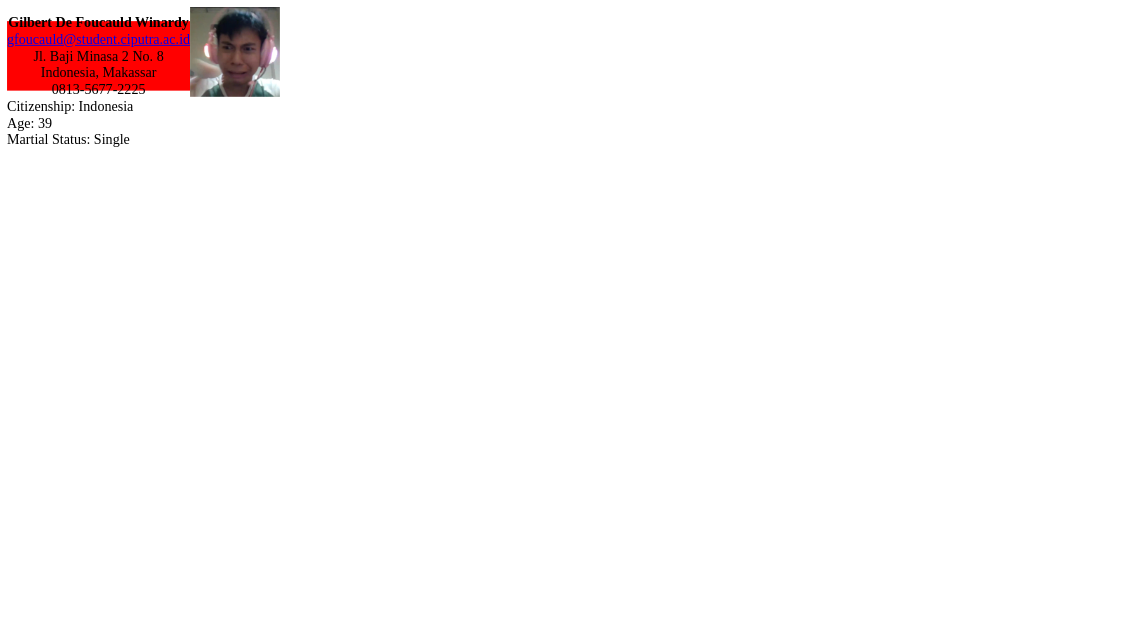
Repository: Gibekkk/WebPro
Page: Tugas Lab 1/index.html
These files come from the project's save history. The page is drawn as it stood at one moment and after the next save; the edit follows.
The browser window is 1280 px wide. The pictures show the whole page, at 88% of full size.

Above is the page before, as saved 2024-03-25 13:04:01.

### Tugas Lab 1/index.html
<!DOCTYPE html>
<html lang="en">
<head>
    <meta charset="UTF-8">
    <meta name="viewport" content="width=device-width, initial-scale=1.0">
    <title>Portfolio</title>
    <link rel="stylesheet" href="style.css">
</head>
<body>
    <header>
        <div class="text">
            <div class="title">
                <b><p class="name">Gilbert De Foucauld Winardy</p></b>
                <a href="gfoucauld@student.ciputra.ac.id">gfoucauld@student.ciputra.ac.id</a>
                <p>Jl. Baji Minasa 2 No. 8</p>
                <p>Indonesia, Makassar</p>
                <p>0813-5677-2225</p>
            </div>
            <div class="description">
                <p>Citizenship: Indonesia</p>
                <p>Age: 39</p>
                <p>Martial Status: Single</p>
            </div>
        </div>
        <div class="picture">
            <img class="profile-pic" src="javin.jpg">
        </div>
    </header>
</body>
</html>

### Tugas Lab 1/style.css
.title{
    background-color: red;
    text-align: center;
}
img{
    width: 20%;
    marright: 0;
}
.text{
    line-height: 3px;
}
header{
    display: flex;
    width: 100%;
}

After the next save:
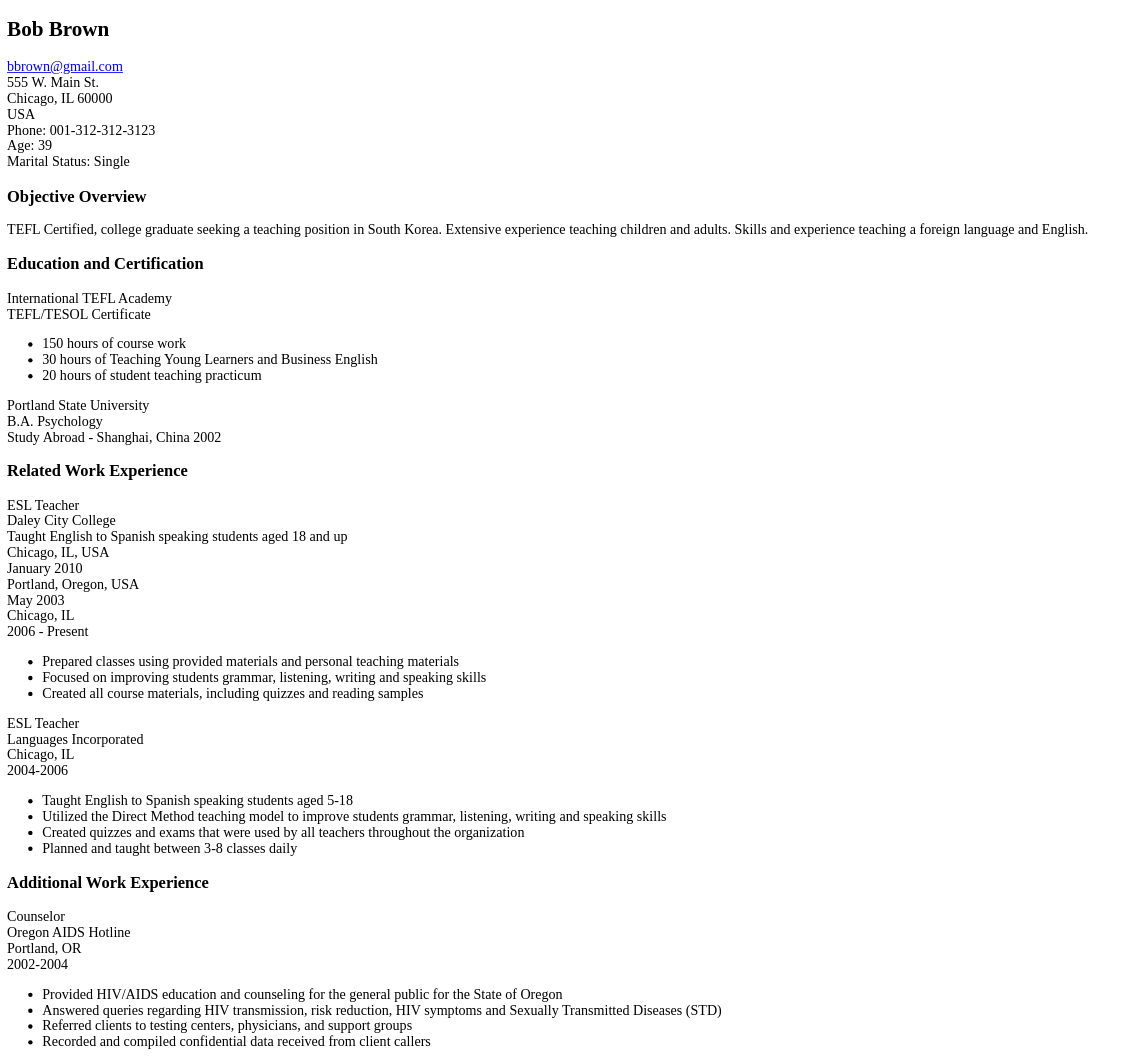
Saved 12 s later.
--- a/Tugas Lab 1/index.html
+++ b/Tugas Lab 1/index.html
@@ -1,30 +1,82 @@
 <!DOCTYPE html>
-<html lang="en">
-<head>
-    <meta charset="UTF-8">
-    <meta name="viewport" content="width=device-width, initial-scale=1.0">
-    <title>Portfolio</title>
-    <link rel="stylesheet" href="style.css">
-</head>
+<html>
 <body>
-    <header>
-        <div class="text">
-            <div class="title">
-                <b><p class="name">Gilbert De Foucauld Winardy</p></b>
-                <a href="gfoucauld@student.ciputra.ac.id">gfoucauld@student.ciputra.ac.id</a>
-                <p>Jl. Baji Minasa 2 No. 8</p>
-                <p>Indonesia, Makassar</p>
-                <p>0813-5677-2225</p>
-            </div>
-            <div class="description">
-                <p>Citizenship: Indonesia</p>
-                <p>Age: 39</p>
-                <p>Martial Status: Single</p>
-            </div>
-        </div>
-        <div class="picture">
-            <img class="profile-pic" src="javin.jpg">
-        </div>
-    </header>
+
+<h2>Bob Brown</h2>
+<p>
+  <a href="mailto:bbrown@gmail.com">bbrown@gmail.com</a><br>
+  555 W. Main St.<br>
+  Chicago, IL 60000<br>
+  USA<br>
+  Phone: 001-312-312-3123<br>
+  Age: 39<br>
+  Marital Status: Single
+</p>
+
+<h3>Objective Overview</h3>
+<p>
+  TEFL Certified, college graduate seeking a teaching position in South Korea. Extensive experience teaching children and adults. Skills and experience teaching a foreign language and English.
+</p>
+
+<h3>Education and Certification</h3>
+<p>
+  International TEFL Academy<br>
+  TEFL/TESOL Certificate<br>
+  <ul>
+    <li>150 hours of course work</li>
+    <li>30 hours of Teaching Young Learners and Business English</li>
+    <li>20 hours of student teaching practicum</li>
+  </ul>
+</p>
+<p>
+  Portland State University<br>
+  B.A. Psychology<br>
+  Study Abroad - Shanghai, China 2002
+</p>
+
+<h3>Related Work Experience</h3>
+<p>
+  ESL Teacher<br>
+  Daley City College<br>
+  Taught English to Spanish speaking students aged 18 and up<br>
+  Chicago, IL, USA<br>
+  January 2010<br>
+  Portland, Oregon, USA<br>
+  May 2003<br>
+  Chicago, IL<br>
+  2006 - Present<br>
+  <ul>
+    <li>Prepared classes using provided materials and personal teaching materials</li>
+    <li>Focused on improving students grammar, listening, writing and speaking skills</li>
+    <li>Created all course materials, including quizzes and reading samples</li>
+  </ul>
+</p>
+<p>
+  ESL Teacher<br>
+  Languages Incorporated<br>
+  Chicago, IL<br>
+  2004-2006<br>
+  <ul>
+    <li>Taught English to Spanish speaking students aged 5-18</li>
+    <li>Utilized the Direct Method teaching model to improve students grammar, listening, writing and speaking skills</li>
+    <li>Created quizzes and exams that were used by all teachers throughout the organization</li>
+    <li>Planned and taught between 3-8 classes daily</li>
+  </ul>
+</p>
+
+<h3>Additional Work Experience</h3>
+<p>
+  Counselor<br>
+  Oregon AIDS Hotline<br>
+  Portland, OR<br>
+  2002-2004<br>
+  <ul>
+    <li>Provided HIV/AIDS education and counseling for the general public for the State of Oregon</li>
+    <li>Answered queries regarding HIV transmission, risk reduction, HIV symptoms and Sexually Transmitted Diseases (STD)</li>
+    <li>Referred clients to testing centers, physicians, and support groups</li>
+    <li>Recorded and compiled confidential data received from client callers</li>
+  </ul>
+</p>
+
 </body>
 </html>
